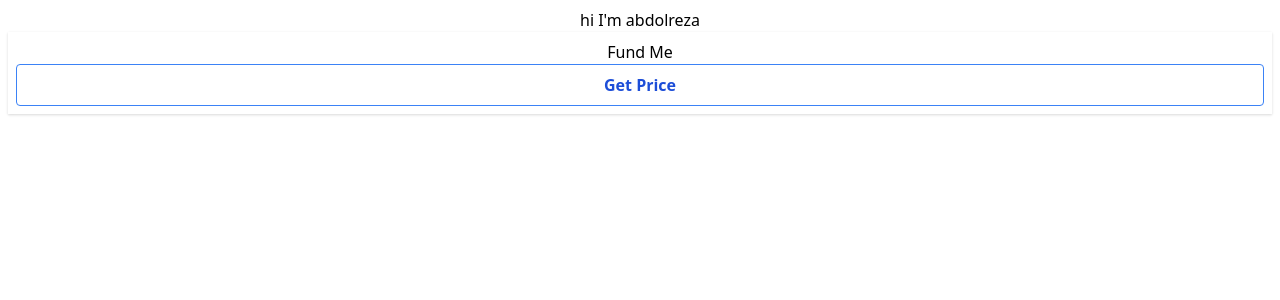
Repository: mavidev93/fund-me
Page: /
The author's editor kept a copy of each file at every save. The page is drawn from the files as they stood at one save, then again after the next save.
The browser window is 1280 px wide. The pictures show the whole page.
The project was rebuilt for these pictures with package versions that can differ from the ones it lists, and the page was loaded fresh each time. Also part of the build but not shown: craco.config.js, src/App.css.

Above is the page before, as saved 2022-02-14 16:51:13.

After the next save:
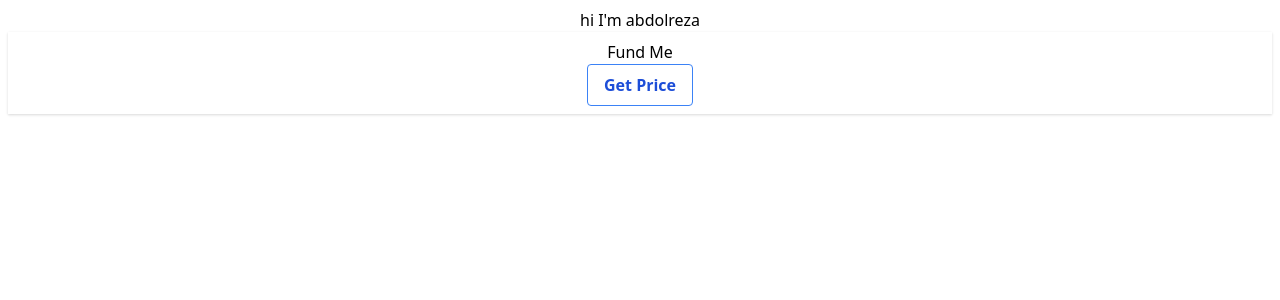
Saved 45 s later.
--- a/src/Components/FundmeInterface/FundMeInterface.tsx
+++ b/src/Components/FundmeInterface/FundMeInterface.tsx
@@ -13,7 +13,7 @@ function FundMeInterface() {
   //event handlers
   const handleGetPrice = () => {};
   return (
-    <div className="flex flex-col shadow p-2 content-center ">
+    <div className="flex flex-col shadow p-2 items-center ">
       <h2 className="text-center">Fund Me </h2>
       <button
         className="capitalize bg-transparent hover:bg-blue-500 text-blue-700 font-semibold hover:text-white py-2 px-4 border border-blue-500 hover:border-transparent rounded w-fit"
